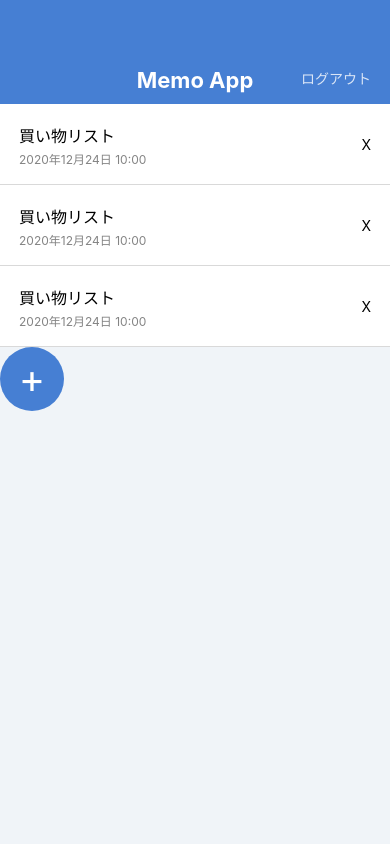
Repository: hirano-step/MemoApp
Screen: /
These files come from the project's save history. The screen is drawn as it stood at one moment and after the next save; the edit follows.
The app was drawn by React Native's web renderer in a window 390 px wide. The project was rebuilt for these pictures with package versions that can differ from the ones it lists, and the page was loaded fresh each time.

Above is the screen before, as saved 2023-01-12 11:28:21.

### App.jsx
import { StyleSheet, Text, View } from 'react-native';

export default function App() {
  return (
    <View style={styles.container}>
      <View style={styles.appbar}>
        <View style={styles.appbarInner}>
          <Text style={styles.appbarTitle}>Memo App</Text>
          <Text style={styles.appbarRight}>ログアウト</Text>
        </View>
      </View>

      <View>
        <View style={styles.memoListItem}>
          <View>
            <Text style={styles.memoListItemTitle}>買い物リスト</Text>
            <Text style={styles.memoListItemDate}>2020年12月24日 10:00</Text>
          </View>
          <View>
            <Text>X</Text>
          </View>
        </View>

        <View style={styles.memoListItem}>
          <View>
            <Text style={styles.memoListItemTitle}>買い物リスト</Text>
            <Text style={styles.memoListItemDate}>2020年12月24日 10:00</Text>
          </View>
          <View>
            <Text>X</Text>
          </View>
        </View>

        <View style={styles.memoListItem}>
          <View>
            <Text style={styles.memoListItemTitle}>買い物リスト</Text>
            <Text style={styles.memoListItemDate}>2020年12月24日 10:00</Text>
          </View>
          <View>
            <Text>X</Text>
          </View>
        </View>
      </View>

      <View style={styles.circleButton}>
        <Text style={styles.circleButonnLabel}>+</Text>
      </View>

    </View>
  );
}

const styles = StyleSheet.create({
  container: {
    flex: 1,
    backgroundColor: '#F0F4F8',
  },
  appbar: {
    width: '100%',
    height: 104,
    backgroundColor: '#467FD3',
    justifyContent: 'flex-end',
  },
  appbarInner: {
    alignItems: 'center',
  },
  appbarRight: {
    position: 'absolute',
    right: 19,
    bottom: 16,
    color: 'rgba(255,255,255,0.8)',
  },
  appbarTitle: {
    marginBottom: 8,
    fontSize: 22,
    lineHeight: 32,
    color: '#FFFFFF',
    fontWeight: 'bold',
  },
  memoListItem: {
    backgroundColor: '#FFFFFF',
    flexDirection: 'row',
    justifyContent: 'space-between',
    paddingVertical: 16,
    paddingHorizontal: 19,
    alignItems: 'center',
    borderBottomWidth: 1,
    borderColor: 'rgba(0,0,0,0.15)',
  },
  memoListItemTitle: {
    fontSize: 16,
    lineHeight: 32,
  },
  memoListItemDate: {
    fontSize: 12,
    lineHeight: 16,
    color: '#848484',
  },
  circleButton: {
    backgroundColor: '#467FD3',
    width: 64,
    height: 64,
    borderRadius: 32,
    justifyContent: 'center',
    alignItems: 'center',
  },
  circleButonnLabel: {
    color: '#FFFFFF',
    fontSize: 40,
    lineHeight: 40,
  }
});

After the next save:
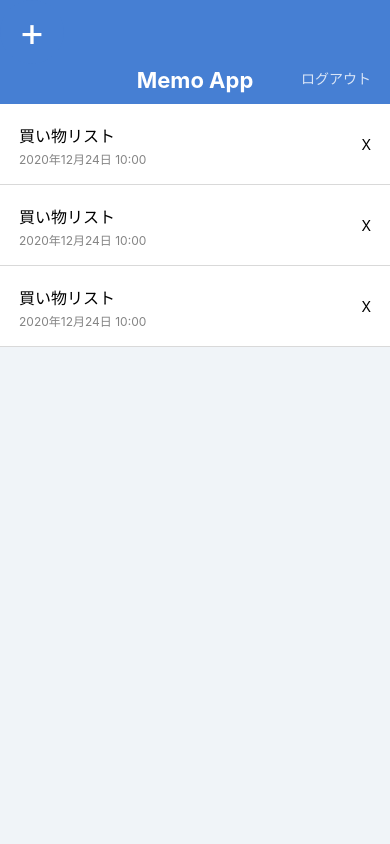
Saved 39 s later.
--- a/App.jsx
+++ b/App.jsx
@@ -103,6 +103,7 @@ const styles = StyleSheet.create({
     borderRadius: 32,
     justifyContent: 'center',
     alignItems: 'center',
+    position: 'absolute',
   },
   circleButonnLabel: {
     color: '#FFFFFF',
